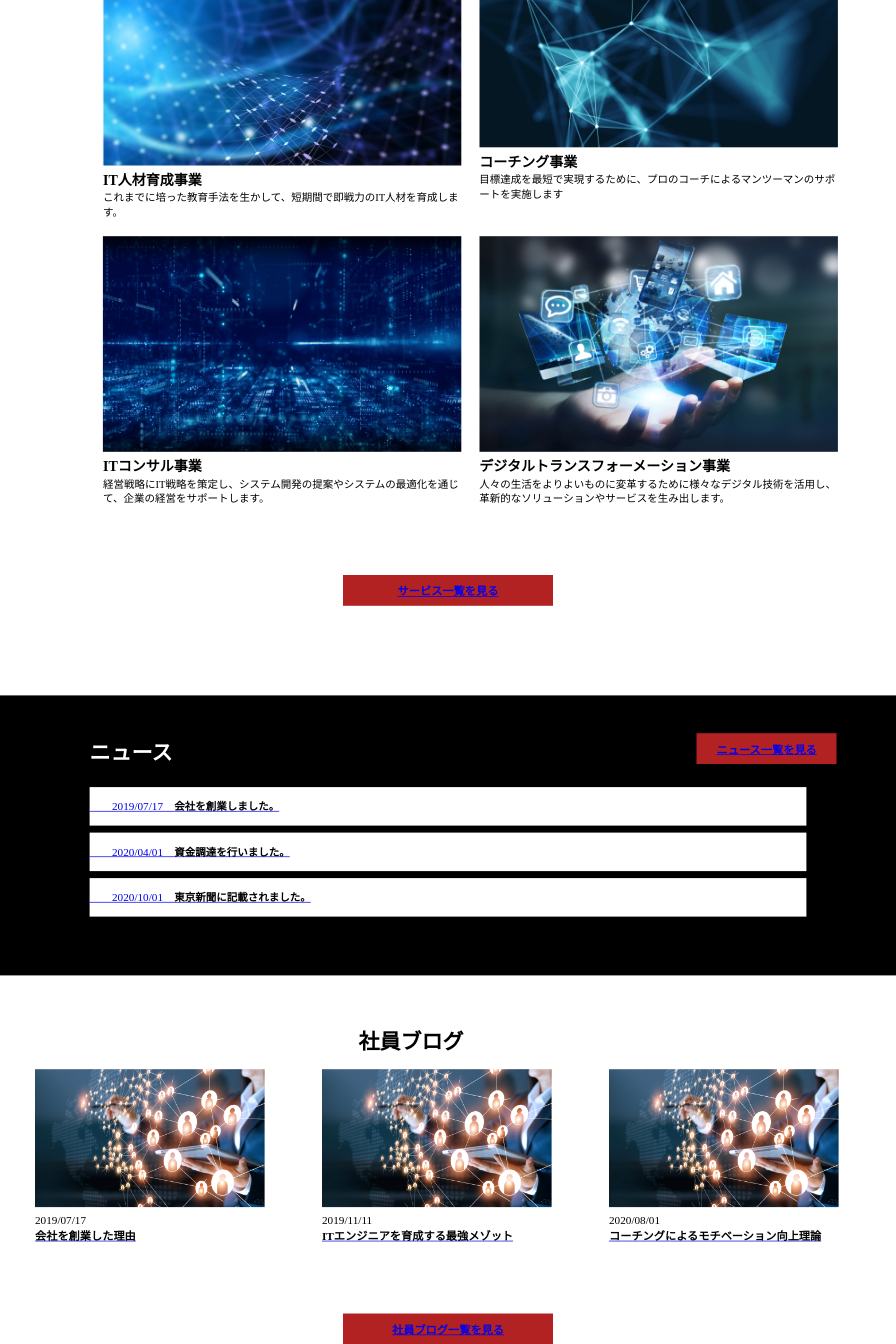
Repository: sigemasaasuka/20211012sigemasa
Page: index.html
The author's editor kept a copy of each file at every save. The page is drawn from the files as they stood at one save, then again after a run of saves.
The browser window is 1280 px wide. The pictures show the part of the page from y = 1019 to 2939 px (the page is 2939 px tall before and 2879 px after), at 70% of full size.

Above is the page before, as saved 2021-10-20 16:52:43.

After the next 2 saves:
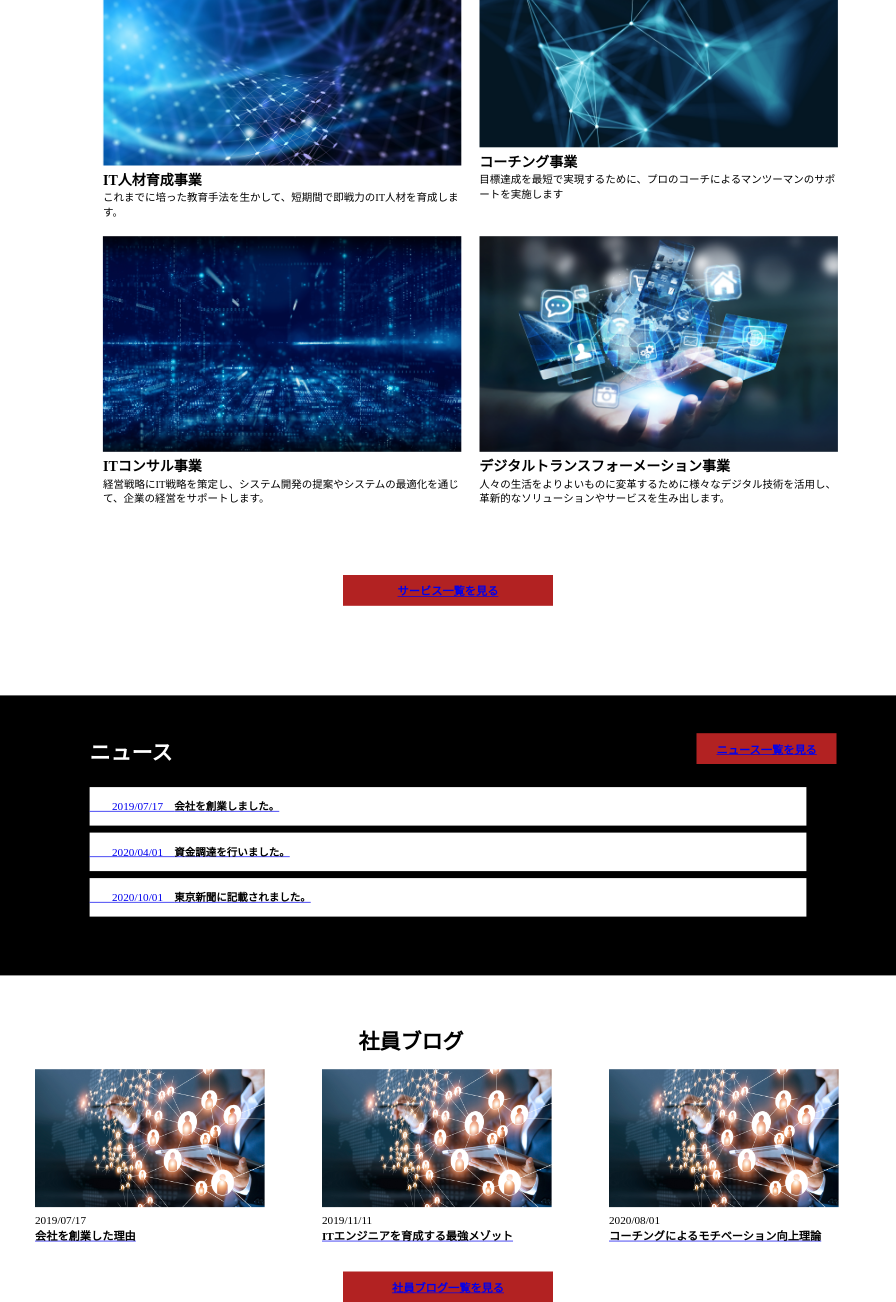
The 2 saves are shown as one change because they came seconds apart.
The last was saved 66 s later.
--- a/css/index.css
+++ b/css/index.css
@@ -326,6 +326,6 @@
   font-weight: bold;
   background: #b22222;
   text-align: center;
-  margin: 100px auto 0;
-  display: block;
-}
+  margin: 40px auto 0;
+  display: block;
+}
